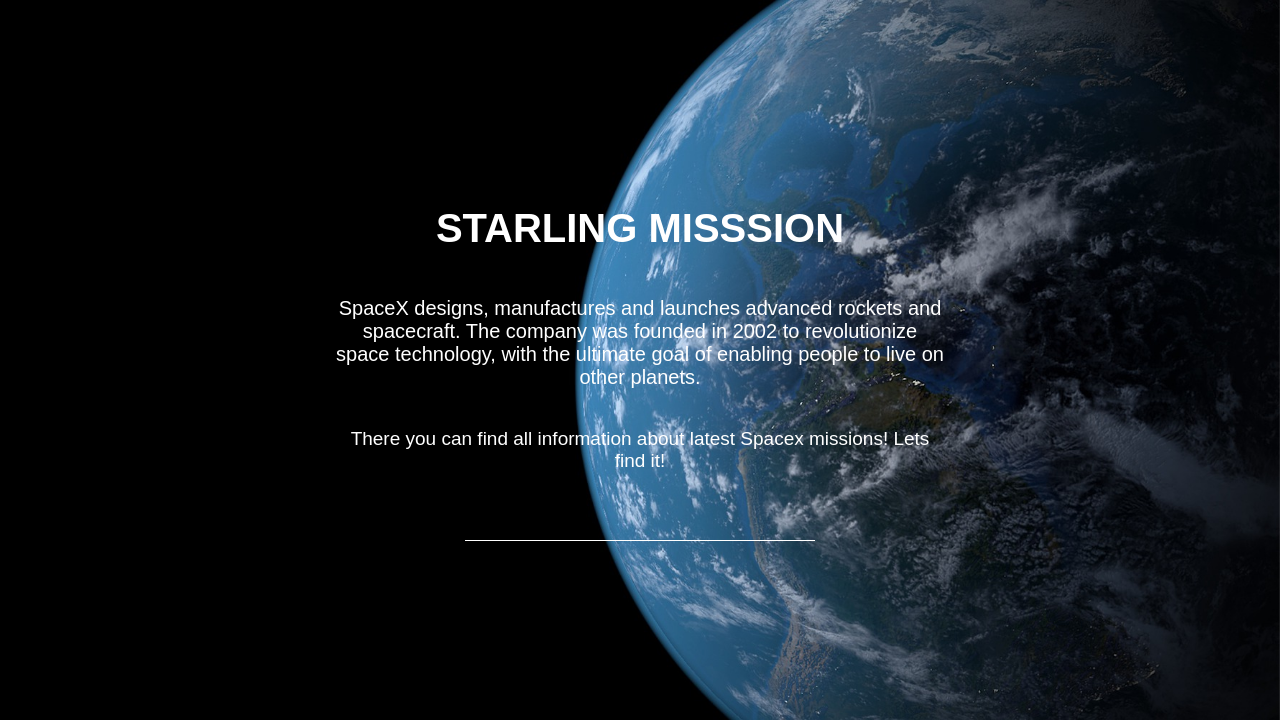
Repository: PJasiczek/vue-shop
Page: /
An editor plug-in stored every save of this project. The page is shown before and after the next save, followed by the edit.
The browser window is 1280 px wide. The pictures show the whole page.
Some web fonts or font styles are not loaded; a fallback is used. The project was rebuilt for these pictures with package versions that can differ from the ones it lists, and the page was loaded fresh each time.

Above is the page before, as saved 2020-04-06 17:26:12.

After the next save:
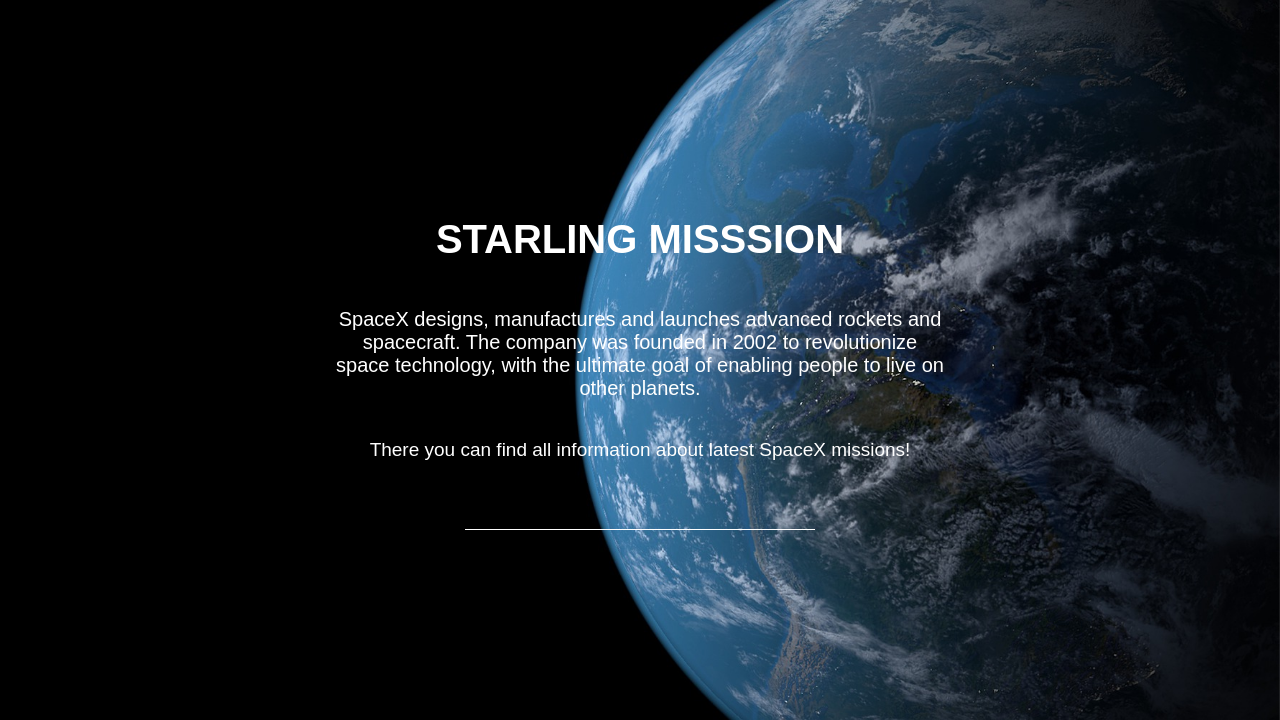
Saved 12 s later.
--- a/src/components/Claim.vue
+++ b/src/components/Claim.vue
@@ -2,7 +2,7 @@
   <div class="claimWrapper">
       <h1 class="claim">STARLING MISSSION</h1>
       <p class="subclaim">SpaceX designs, manufactures and launches advanced rockets and spacecraft. The company was founded in 2002 to revolutionize space technology, with the ultimate goal of enabling people to live on other planets.</p>
-      <p class="subclaim">There you can find all information about latest Spacex missions! Lets find it!</p>
+      <p class="subclaim">There you can find all information about latest SpaceX missions!</p>
   </div>
 </template>
 
